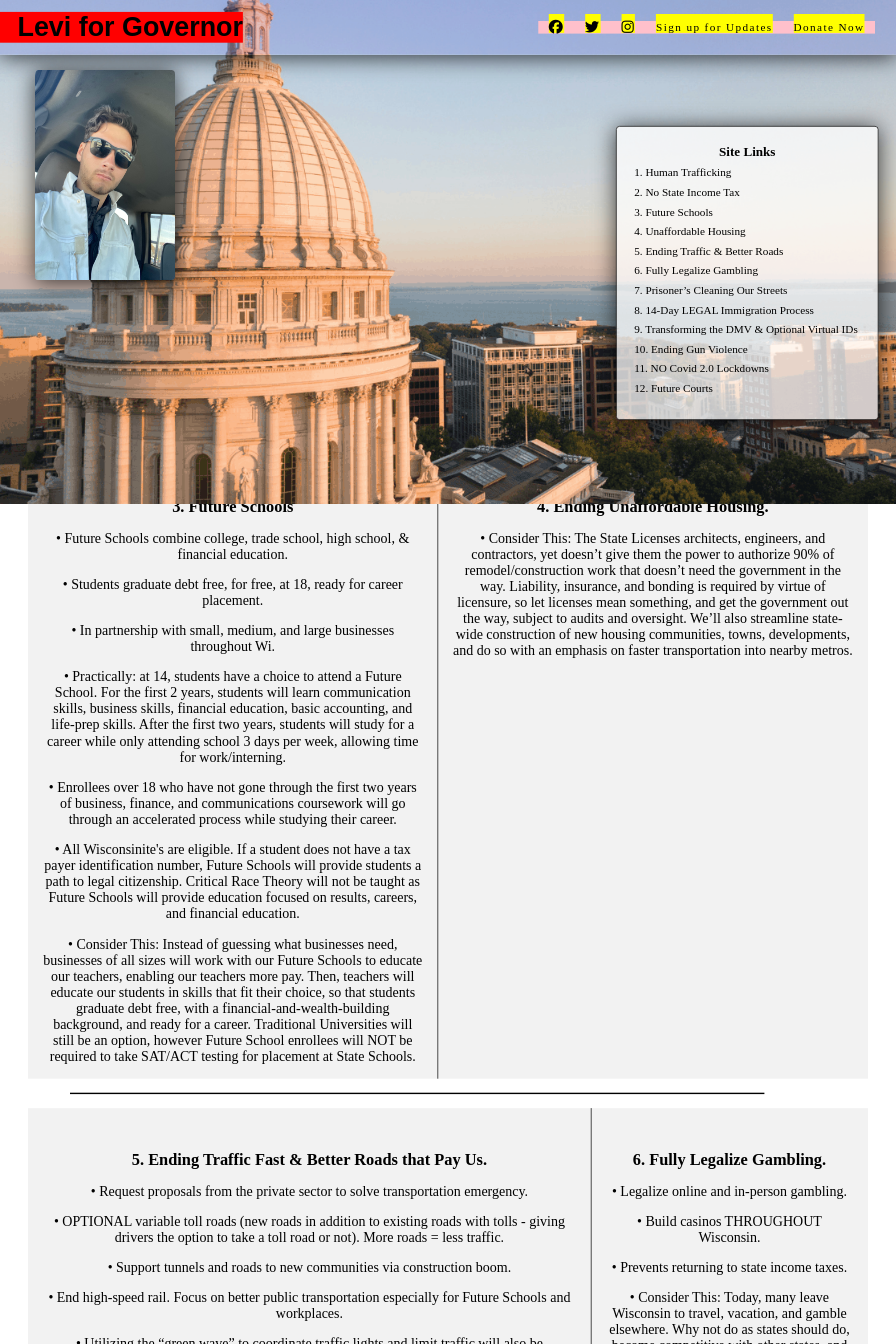
Repository: LeviCB/LeviCB.github.io
Page: index.html
The author's editor kept a record of every edit. The page is drawn from the files as they stood at one moment, then again after the next edit.
The browser window is 1280 px wide. The pictures show the part of the page from y = 0 to 1920 px (the page is 3981 px tall), at 70% of full size.
Some web fonts or font styles are not loaded; a fallback is used. Some web libraries are served in a nearby version.

Above is the page before.
Console error: SyntaxError: Identifier 'head' has already been declared

### index.html
<!DOCTYPE html>
<html>

<head id="head">

  <link type="text/css" rel="stylesheet" href="assets/css/style.css"/>
  <link type="text/css" rel="stylesheet" href="assets/css/body_style.css"/>

  <script src="https://use.fontawesome.com/95e29540f7.js"></script>
  <script src="https://kit.fontawesome.com/76e8df320e.js" crossorigin="anonymous"></script>
</head>

<body id="main">
  <div class="scrollTop" onclick="scrollToTop()"></div>
  <header id="header">
    <a href="" class="logo"><strong>Levi for Governor</strong></a>
    <ul id="list">
      <li><a href="#"><i class="fab fa-facebook fa-lg"></i></a></li>
      <li><a href="#"><i class="fab fa-twitter fa-lg"></i></a></li>
      <li><a href="#"><i class="fab fa-instagram fa-lg"></i></a></li>
      <li><a href="">Sign up for Updates</a></li>
      <li><a href="">Donate Now</a></li>
    </ul>
    </div>
  </header>
  <section class="banner" url="/assets/images/wisconsin_capital.png"></section>
  <div id="my-image">
    <img id="my-main-img" src="assets/images/main_image.JPG" alt="Main Image of Levi Borntreger">
  </div>
  <div id="hyper-links">
    <h3>Site Links</h3>
    <a href="#1. Human Trafficking">1. Human Trafficking</a>
    <a href="#2. No State Income Tax">2. No State Income Tax</a>
    <a href="#3. Future Schools">3. Future Schools</a>
    <a href="#4. Unaffordable Housing">4. Unaffordable Housing</a>
    <a href="#5. Ending Traffic & Better Roads">5. Ending Traffic & Better Roads</a>
    <a href="#6. Fully Legalize Gambling">6. Fully Legalize Gambling</a>
    <a href="#7. Prisoner’s Cleaning Our Streets">7. Prisoner’s Cleaning Our Streets</a>
    <a href="#8. 14-Day LEGAL Immigration Process">8. 14-Day LEGAL Immigration Process</a>
    <a href="#9. Transforming the DMV & Optional Virtual IDs">9. Transforming the DMV & Optional Virtual IDs</a>
    <a href="#10. Ending Gun Violence">10. Ending Gun Violence</a>
    <a href="#11. NO Covid 2.0 Lockdowns">11. NO Covid 2.0 Lockdowns</a>
    <a href="#12. Future Courts">12. Future Courts</a>
  </div>
  </div>
  <content>
    <div id="content-all">
      <div id="content-wrapper">
        <a name="1. Human Trafficking"></a>
        <a name="2. No State Income Tax"></a>
        <hr style="height: 2px; width: 80%; border: none; background-color: black;">
        <section id="content-text">
          <article id="content">
            <h3>1. Human Trafficking</h3>
            <p>I Promise to all of you that in my first 30 days in office to get a plan put together and in motion to stop human trafficking for good. There's absolutely no reason that today in our society, that any of this is going on, it's a disgrace to humanity.</p>
          </article>
          <hr style="width: 1px; border: none; background-color: black;">
          <article id="content">
            <h3>2. No State Income Tax on the first $200,000 of Income.</h3>
            <h5>Problem</h5>
            <p>Wisconsin's taxes are too high and too much goes to wasteful spending. This leads people to leave Wisconsin to pay lower or no taxes elsewhere and leads to fewer supporters of our Wisconsin businesses.</p>
            <h5>Solution</h5>
            <p> • Removes the Wi State Income Tax on the first $250,000 earned.</p>
            <p>• No Wisconsin tax return required.</p>
            <p>• An approximately 5% flat tax on incomes over $200,000.</p>
            <p>• An INSTANT pay raise for all workers and investors.</p>
            <p>• Funded by streamlining / reducing regulation and red tape throughout Wisconsin. Additionally: legalizing Gambling, Massive Growth, Future School consolidation, & Ending OVERPAYING for services. Private sector can build tunnels at $10 million per mile. ALL Wi projects, in the future, will have 100% public transparency, where we publicly & transparently weigh quality and cost. This ends crony capitalism (backroom deals) and corruption.</p>
          </article>
        </section>
        <a name="3. Future Schools"></a>
        <a name="4. Unaffordable Housing"></a>
        <hr style="height: 2px; width: 80%; border: none; background-color: black;">
        <section id="content-text">
          <article id="content">
            <h3>3. Future Schools</h3>
            <p>• Future Schools combine college, trade school, high school, & financial education.</p>
            <p>• Students graduate debt free, for free, at 18, ready for career placement.</p>
            <p>• In partnership with small, medium, and large businesses throughout Wi.</p>
            <p>• Practically: at 14, students have a choice to attend a Future School. For the first 2 years, students will learn communication skills, business skills, financial education, basic accounting, and life-prep skills. After the first two years, students will study for a career while only attending school 3 days per week, allowing time for work/interning.</p>
            <p>• Enrollees over 18 who have not gone through the first two years of business, finance, and communications coursework will go through an accelerated process while studying their career.</p>
            <p> • All Wisconsinite's are eligible. If a student does not have a tax payer identification number, Future Schools will provide students a path to legal citizenship. Critical Race Theory will not be taught as Future Schools will provide education focused on results, careers, and financial education.</p>
            <p>• Consider This: Instead of guessing what businesses need, businesses of all sizes will work with our Future Schools to educate our teachers, enabling our teachers more pay. Then, teachers will educate our students in skills that fit their choice, so that students graduate debt free, with a financial-and-wealth-building background, and ready for a career. Traditional Universities will still be an option, however Future School enrollees will NOT be required to take SAT/ACT testing for placement at State Schools.</p>
          </article>
          <hr style="width: 1px; border: none; background-color: black;">
          <article id="content">
            <h3>4. Ending Unaffordable Housing.</h3>
            <p>• Consider This: The State Licenses architects, engineers, and contractors, yet doesn’t give them the power to authorize 90% of remodel/construction work that doesn’t need the government in the way. Liability, insurance, and bonding is required by virtue of licensure, so let licenses mean something, and get the government out the way, subject to audits and oversight. We’ll also streamline state-wide construction of new housing communities, towns, developments, and do so with an emphasis on faster transportation into nearby metros.</p>
          </article>
        </section>
        <a name="5. Ending Traffic & Better Roads"></a>
        <a name="6. Fully Legalize Gambling"></a>
        <hr style="height: 2px; width: 80%; border: none; background-color: black;">
        <section id="content-text">
          <article id="content">
            <h3>5. Ending Traffic Fast & Better Roads that Pay Us.</h3>
            <p>• Request proposals from the private sector to solve transportation emergency.</p>
            <p>• OPTIONAL variable toll roads (new roads in addition to existing roads with tolls - giving drivers the option to take a toll road or not). More roads = less traffic.</p>
            <p>• Support tunnels and roads to new communities via construction boom.</p>
            <p>• End high-speed rail. Focus on better public transportation especially for Future Schools and workplaces.</p>
            <p>• Utilizing the “green wave” to coordinate traffic lights and limit traffic will also be implementing.</p>
            <p>• Consider This: The private sector is prepared to help solve Wisconsin’s transportation issues. The problem? The Governor is in the way. Cities and counties don’t want traffic; it hurts them. As Governor, Levi will request public proposals from private companies who will compete against each other for opportunities to fix our transportation nightmare. This might include logical changes to speed limits, lane efficiency, and enhancements to our building processes that enable faster solutions, such as multiple private partnerships providing tunnels throughout the same, where traffic is worst.</p>
          </article>
          <hr style="width: 1px; border: none; background-color: black;">
          <article id="content">
            <h3>6. Fully Legalize Gambling.</h3>
            <p>• Legalize online and in-person gambling.</p>
            <p>• Build casinos THROUGHOUT Wisconsin.</p>
            <p>• Prevents returning to state income taxes.</p>
            <p>• Consider This: Today, many leave Wisconsin to travel, vacation, and gamble elsewhere. Why not do as states should do, become competitive with other states, and provide Wisconsinites and Americans an opportunity to enjoy gambling IN Wisconsin. We welcome Everyone.</p>
          </article>
        </section>
        <a name="7. Prisoner’s Cleaning Our Streets"></a>
        <a name="8. 14-Day LEGAL Immigration Process"></a>
        <hr style="height: 2px; width: 80%; border: none; background-color: black;">
        <section id="content-text">
          <article id="content">
            <h3>7. Prisoner’s Cleaning Our Streets.</h3>
            <p>• Focus on community policing and reintegrating trust with law enforcement and communities.</p>
            <p>• Non-violent inmates in jails/prisons will work community service in neighborhoods they committed crimes in under group supervision. Selected, non-violent inmates who agree to clean our streets will be eligible to go stay at home with family, reducing jail costs, while being monitored to ensure attendance and fulfillment of sentence. Wisconsin has over 23,000 prisoner's and spends over $30,000 per prisoner per year on housing Prisoners. This is backwards. Prisoners should contribute to our society, society shouldn’t contribute to them.</p>
            <p>• Inmates will clean our streets, roads, towns/cities, and remove graffiti.</p>
            <p>• Option to attend Future Schools to prevent recidivism.</p>
            <p>• Focus on training, social support, and community, with a focus on growth. For example, restrictive alcohol enforcement on businesses cripples business.</p>
          </article>
          <hr style="width: 1px; border: none; background-color: black;">
          <article id="content">
            <h3>8. 14-Day LEGAL Immigration Process.</h3>
            <p>• Wisconsin will establish a process for fast-tracked LEGAL immigration. Our “illegal” immigration crisis is a result of a HORRIBLE, out-dated, and criminalizing immigration disaster. A 14-day legal immigration process helps us attract not just refugees, but also qualified immigrants who can support and contribute to our economy. Legal immigration does not cost Wisconsin jobs, it expands our economy and grows our revenues. Consider this: A CPA who moves to Wisconsin from Brazil, who agrees not to accept any social-welfare programs, needs a dentist, doctor, grocery store, taxi driver, retail stores, and more. For each person who legally immigrants to Wisconsin, we expect economic growth for 10+ Wisconsinite's.</p>
            <p>• Every mid to low income Immigrant will need to have a job lined up. They will get a temporary 2 year Citizenship and will have to attend a future school on the side to learn English etc. If they still have a job and no criminal activities they will be granted full Citizenship.</p>
            <p>Additionally and on Manufacturing:</p>
            <p>• Wisconsin will also partner with companies providing access to Future Schools.</p>
            <p>• This allows companies to train students prior to graduating Future Schools, making them career ready at 18.</p>
          </article>
        </section>
        <a name="9. Transforming the DMV & Optional Virtual IDs"></a>
        <a name="10. Ending Gun Violence"></a>
        <hr style="height: 2px; width: 80%; border: none; background-color: black;">
        <section id="content-text">
          <article id="content">
            <h3>9. Transforming the DMV & Optional Virtual IDs.</h3>
            <p>• Virtual IDs and Registrations w/ QR coded downloads. Virtual IDs would be OPTIONAL - so printed QR or full-versions would still be available on an OPT-IN basis (default being virtual, but for those desiring physical, the option would be available).</p>
            <p>• Privatizing license plates, driver tests, and vision tests.</p>
            <p>• Speed cameras & virtual tickets; less traffic stops via officer virtual traffic stops & ticketing.</p>
            <p>• Instant options to dispute or pay tickets via a new Wisconsin App.</p>
          </article>
          <hr style="width: 1px; border: none; background-color: black;">
          <article id="content">
            <h3>10. Ending Gun Violence.</h3>
            <p> • Wisconsin should focus less on restrictions for legal weapon owners, and instead focus more resources on weapon education, mental Health services, therapy access especially for those uninsured or underinsured, and teaching mental-wellness in our schools to prevent the stigmatization of mental-health illnesses in Wisconsin.</p>
            <p>• Those who are trained and background checked SHALL have more rights in Wisconsin. We’re moving towards MORE rights and freedoms in Wisconsin, not less.</p>
            <p>• Tiered licenses for individuals with weapons training.</p>
            <p>• Granting more privileges like concealed carry to more folks who are trained and background checked. This would be the first expansion of Gun Rights Wisconsin has seen in decades.</p>
          </article>
        </section>
        <a name="11. NO Covid 2.0 Lockdowns"></a>
        <a name="12. Future Courts"></a>
        <hr style="height: 2px; width: 80%; border: none; background-color: black;">
        <section id="content-text">
          <article id="content">
            <h3>11. NO Covid 2.0 Lockdowns.</h3>
            <h4>Covid:</h4>
            <p>Vaccines are a choice. Masks are a choice. Businesses shall have the right to remain OPEN — however, reasonable “HEPA-filtration” and ventilation requirements may be an option, but we will NOT have lockdowns again.</p>
          </article>
          <hr style="width: 1px; border: none; background-color: black;">
          <article id="content">
            <h3>12. Future Courts.</h3>
            <p>• Small claims limits raised to $100,000.</p>
            <p>• New Small Claims Advisor Counsel license taught at Future Schools.</p>
            <p>• Speeding up the legal system by investing in our courts.</p>
          </article>
        </section>
      </div>
    </div>
  </content>
<foot>
  <div id="foot">
    <div id="address">
      <h3>Levi for Governor</h3>
      <h3>1712 Prima Lago Ter</h3>
      <h3>Lakeland, FL. 33810</h3>
    </div>
    <div id="contact">
      <h4>Contact Me</h4>
      <h3>715-660-6693</h3>
      <H3>LeviForGovernor@gmail.com</h3>
    </div>
  </div>
</foot>
<script type="text/javascript" src="assets/js/main.js"></script>
<script>
  /*start of header magic*/
const head = document.querySelector("#header");

window.onscroll = function () {
  var top = window.scrollY;
  if (top >= 5) {
    head.classList.add("active");
  } else {
    head.classList.remove("active");
  }
};
/*end of header magic*/

/*start of navtext color change on scroll*/
window.addEventListener("scroll", function() {
        var header = document.querySelector("header");
        header.classList.toggle("sticky", window.scrollY> 0);
      });
/*end of navtext color change on scroll*/

/*start of scrollTop*/
window.addEventListener('scroll', function(){
    var scroll = document.querySelector('.scrollTop');
    scroll.classList.toggle("active" , window.scrollY > 500)
  })

  function scrollToTop(){
    window.scrollTo({
      top: 0,
      behavior: 'smooth'
    })
  }
/*end of scrollTop*/
</script>
</body>
<footer id="footer">
  <div id="copyright">
    <h4>Paid for and Approved by Levi Borntreger for Governor</h4>
    <h4>Copyright 2021 — Levi for Governor. All rights reserved.</h4>
  </div>
</footer>

</html>

### assets/css/style.css
@import url('https://fonts.googleapis.com/css?family=Hammersmith+One');

/*
$desktop: 1200px;
$laptop: 1024px;
$tablet: 768px;
$phone: 480px;
*/

@media only screen and (max-width:1024px) and (min-width: 768px) {
  body {
    background-color:;
  }
  #hyper-links {
    background-color: blue;
  }
  #content-text {
    flex-direction: column;
  }
  #content-wrapper {
    display: flex;
    column-gap: 40px;
    flex-direction: column;
    flex-wrap: wrap;
    width: 100%;
  }
}
@media only screen and (max-width:768px) and (min-width: 480px) {
  body {
    background-color: pink;
  }
  #hyper-links {
    background-color: blue;
    box-shadow: 0 3px 2rem rgba(0,0,0,.75);
    width: 375px;
    height: 500px;
    position: absolute;
    padding: 50px;
    display: flex;
    border: 1px black solid;
    flex-direction: column;
    z-index: 1;
    left: 0px;
    top: 0px;
    bottom: 0px;
    right: 0px;
    margin: auto;
    margin-top: 60px;
    margin-right: 25px;
    border-radius: 5px;
}
  #content-wrapper {
    font-size: 5px;
  }
}
@media only screen and (max-device-width:480px) and (min-width:200px) {
  body {
  }
  header {
    height: 100px !important;
  }
  header ul li a {
    font-size: 22px !important;
    margin: 0 15px;
    padding-top: 10px;
}
  #my-image {
    margin-top: 150px !important;
  }
  #hyper-links {
    font-size: 30px;
    min-width: 575px;
    min-height: 950px;
}
  #hyper-links h3 {
    padding: 15px !important;
}
  #hyper-links a {
    padding: 15px !important;
    font-weight: 500px !important;
}
  .scrollTop {
  bottom: 150px !important;
  right: 75px !important;
  width: 85px !important;
  height: 85px !important;
  background-size: 60px !important;
}
  #content-wrapper {
    font-size: 30px !important;
  }
}
* {
  margin: 0px;
  padding: 0px;
  box-sizing: border-box;
}

body {
  min-height: 100vh;
}
#my-main-img {
  width: 200px;
  height: 300px;
  border-radius: 5px;
  box-shadow: 0 3px 2rem rgba(0,0,0,.75);
}
#my-image {
  position: absolute;
  z-index: 1;
  left: 0px;
  top: 0px;
  bottom: 0px;
  right: 0px;
  margin-top: 100px;
  margin-left: 50px;
}

/*start nav section*/
header {
  position: fixed;
  background: rgba(0, 0, 255, 0.1);
  box-shadow: 0 3px 2rem rgba(0,0,0,.75);
  width: 100%;
  display: flex;
  height: 78px;
  top: 0px;
  left: 0px;
  align-items: center;
  justify-content: space-between;
  z-index: 10;
}
header.sticky {
  color: white;
}
header.active {
  background-color: rgba(0,0,100,1.00);
  transition: 1.0s;
  box-shadow: 0 3px 2rem rgba(0,0,0,.75);
  height: 4.0rem;
}
header .logo {
  background-color: red;
  position: relative;
  padding-left: 25px;
  font-size: 3vw;
  color: black;
  text-decoration: none;
  font-family: "Hammersmith One", sans-serif;
  transition: 0.6s;
}
header ul {
  background-color: pink;
  position: relative;
  display: flex;
  margin-right: 30px;
  justify-content: center;
  align-items: center;
}
header ul li {
  position: relative;
  list-style: none;
}
header ul li a {
  background-color: yellow;
  position: relative;
  margin: 0 15px;
  padding-top: 10px;
  text-decoration: none;
  color: black;
  letter-spacing: 2px;
  font-weight: 500px;
  transition: 0.6s;
}
header.sticky .logo,
header.sticky ul li a {
  color: white;
}
header.sticky ul li a:hover {
  background: rgba(0,0,145,1.00);
  border: 1.5px white solid;
  padding: 10px;
  border-radius: 10px;
}
header ul li a:hover {
  background: rgba(0,0,100,1.00);
  color: white;
  padding: 10px;
  border-radius: 10px;
}
/*end nav section*/
.scrollTop {
  position: fixed;
  bottom: 800px;
  right: 40px;
  width: 60px;
  height: 60px;
  background: #fff url(/assets/images/arrow-up-blue.jpg);
  border-radius: 50%;
  background-size: 40px;
  background-position: center;
  background-repeat: no-repeat;
  cursor: pointer;
  z-index: 10000;
  visibilty: hidden;
  opacity: 0;
  transition: 0.5s;
}
.scrollTop.active {
  visibilty: visibilty;
  opacity: 1;
  bottom: 40px;
  border: 1px black solid;
}
#hyper-links {
  background-color: rgba(255, 255, 255, .75);
  box-shadow: 0 3px 2rem rgba(0,0,0,.75);
  width: 375px;
  max-height: 420px;
  position: absolute;
  padding: 20px;
  display: flex;
  border: 1px black solid;
  flex-direction: column;
  z-index: 1;
  left: 0px;
  top: 60px;
  bottom: 0px;
  right: 0px;
  margin: auto;
  margin-top: px;
  margin-right: 25px;
  border-radius: 5px;
}
#hyper-links h3 {
  padding: 5px;
  margin: 0px;
  text-align: center;
}
#hyper-links a {
  color: black;
  padding: 5px;
  text-decoration: none;
}
#hyper-links a:hover {
  color: white;
  border: 1px solid black;
  background-color: rgba(0, 0, 0, .50);
}
#content h3 {
  color: black;
  padding-top: 60px;
}
#content-all {
  margin: 0px;
  padding: 20px;
}
#content-wrapper {
  font-size: 20px;
  display: flex;
  column-gap: 40px;
  flex-direction: row;
  flex-wrap: wrap;
  width: 100%;
}
#content-text {
  padding: 20px;
  display: flex;
}
#content {
  background-color: rgba(0, 0, 0, .05);
  padding: 0px 20px 20px 20px;
  text-align: center;
}
#content p {
  padding-top: 20px;
}

#foot {
  background-color: rgba(0,0,100,1.00);
  box-shadow: 0 3px 2rem rgba(0,0,0,.75);
  display: flex;
  margin: 0px;
  padding: 0px;
  height: 150px;
  width: 100%;
  justify-content: space-around;
}
#foot #address {
  margin-top: 30px;
}
#foot #address H3{
  color: white;
  padding: 5px;
}
#foot #contact {
  margin-top: 30px;
}
#foot #contact H4,
#foot #contact H3{
  color: white;
  padding: 5px;
}
#footer {
  margin: 0px;
  padding: 0px;
  height: 75px;
  display: flex;
  background-color: rgba(0,0,100,1.00);
  border-top: 2px black solid;
  justify-content: center;
}
#footer #copyright {
}
#footer #copyright h4 {
  color: white;
  margin-top: 15px;
}

### assets/css/body_style.css
.banner {
  position: fixed;
  width: 100%;
  height: 100vh;
  background-image: url("/assets/images/wisconsin_capital.png");
  background-size: cover;
}

### assets/js/main.js
/*start of header magic*/
const head = document.querySelector("#header");

window.onscroll = function () {
  var top = window.scrollY;
  if (top >= 5) {
    head.classList.add("active");
  } else {
    head.classList.remove("active");
  }
};
/*end of header magic*/

/*start of navtext color change on scroll*/
window.addEventListener("scroll", function() {
        var header = document.querySelector("header");
        header.classList.toggle("sticky", window.scrollY> 0);
      });
/*end of navtext color change on scroll*/

/*start of scrollTop*/
window.addEventListener('scroll', function(){
    var scroll = document.querySelector('.scrollTop');
    scroll.classList.toggle("active" , window.scrollY > 500)
  })

  function scrollToTop(){
    window.scrollTo({
      top: 0,
      behavior: 'smooth'
    })
  }
/*end of scrollTop*/

After the next edit:
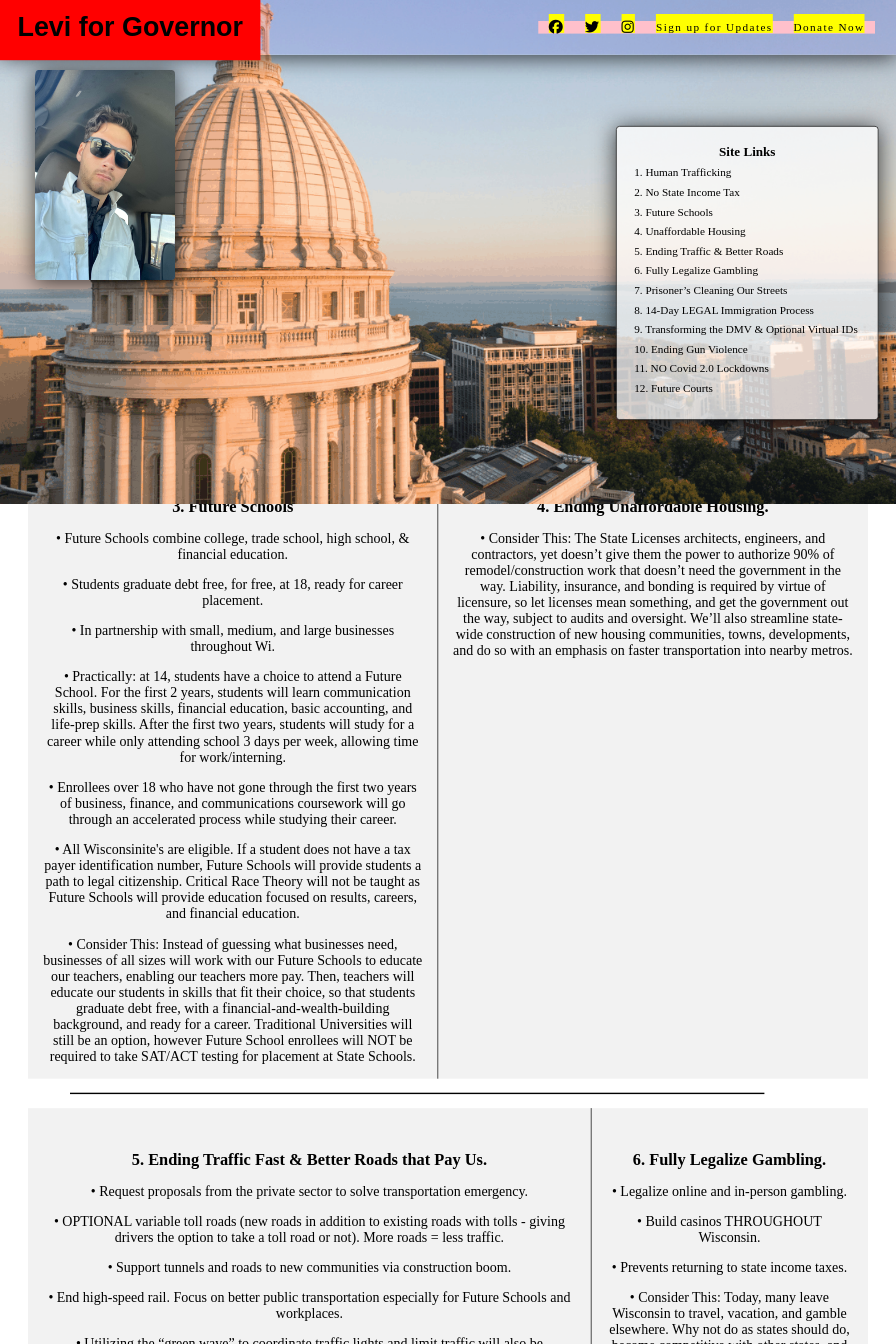
The edit:
--- a/assets/css/style.css
+++ b/assets/css/style.css
@@ -142,7 +142,7 @@
 header .logo {
   background-color: red;
   position: relative;
-  padding-left: 25px;
+  padding: 25px;
   font-size: 3vw;
   color: black;
   text-decoration: none;
